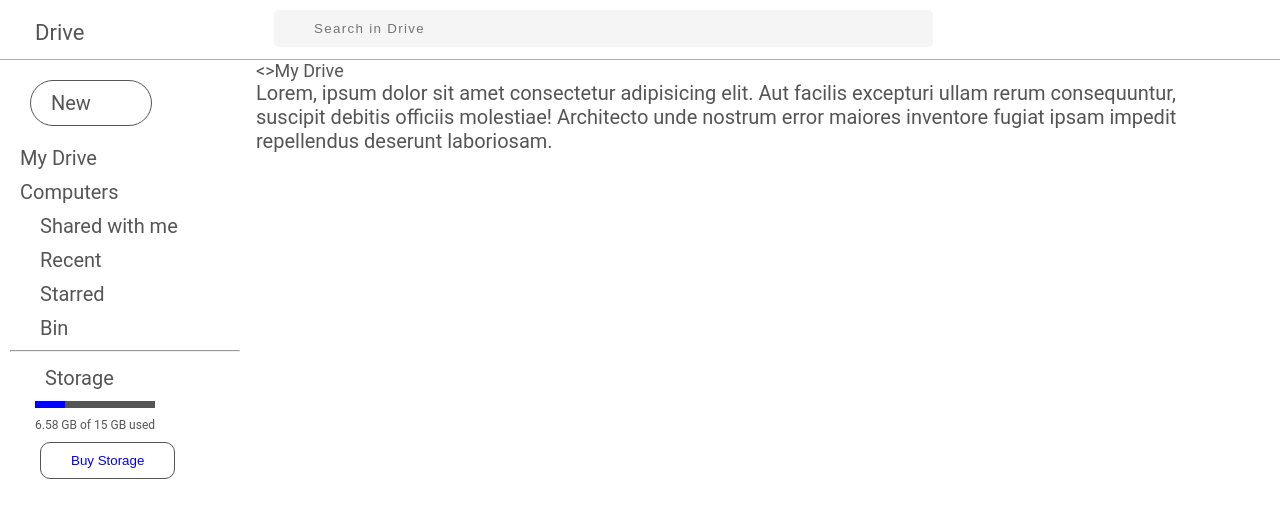
Repository: smit1298/driveclone
Page: index.html
These files come from the project's save history. The page is drawn as it stood at one moment and after the next save; the edit follows.
The browser window is 1280 px wide. The page is 1284 px wide, so the pictures cover 1284 px, including what lies to the right of the window. The pictures show the whole page.
Some icons come from a web library that is not loaded, so they are not drawn.

Above is the page before, as saved 2022-02-14 20:17:58.

After the next save:
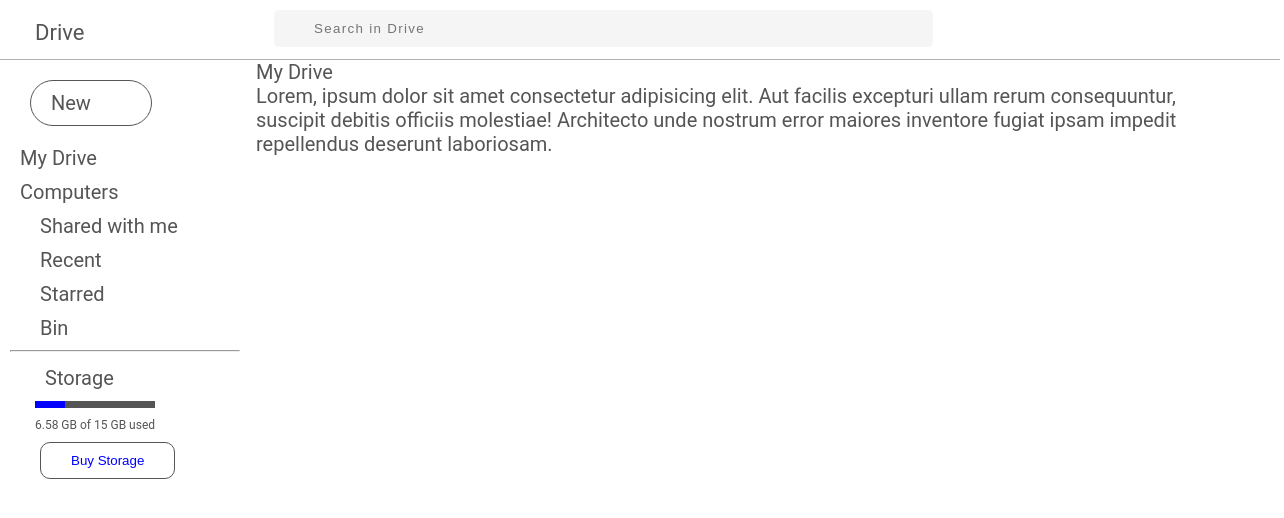
Saved 2 s later.
--- a/index.html
+++ b/index.html
@@ -126,7 +126,7 @@
 
         <main id="main">
             <article>
-                <>My Drive</>
+                <p>My Drive</p>
                 <span>
                    <span class="iconify" data-icon="charm:layout-list" data-width="60"></span>
                 <span class="iconify" data-icon="akar-icons:plus" data-width="60"></span>
